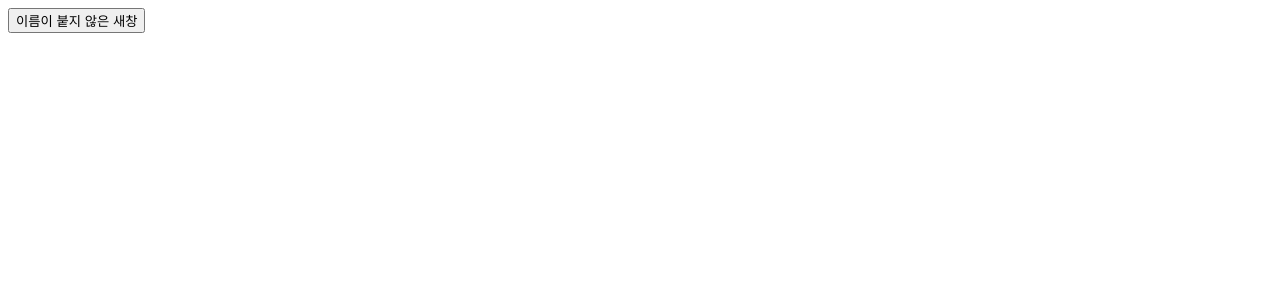
Repository: letzbegin/Study
Page: http://localhost/Javascript/BOM/Ex_04.jsp
These files come from the project's save history. The page is drawn as it stood at one moment and after the next save; the edit follows.
The browser window is 1280 px wide. The pictures show the whole page.
The page is served by Tomcat 9.

Above is the page before, as saved 2018-09-15 12:39:29.

After the next save:
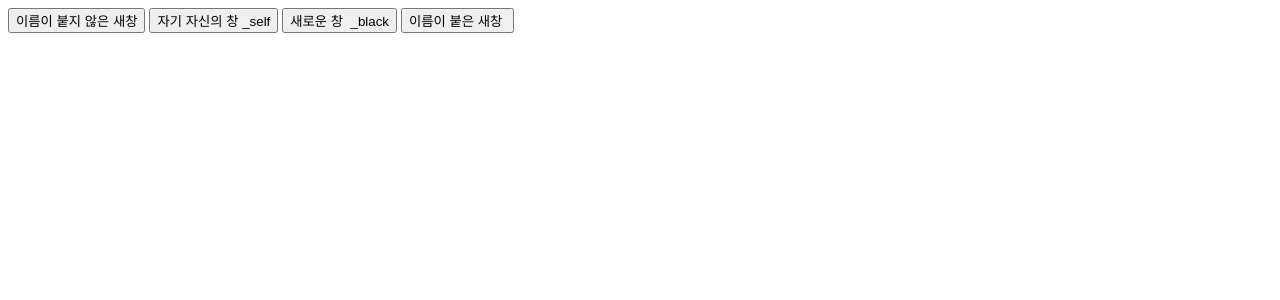
Saved 40 s later.
--- a/web_javascript/Javascript/WebContent/BOM/Ex_04.jsp
+++ b/web_javascript/Javascript/WebContent/BOM/Ex_04.jsp
@@ -8,6 +8,9 @@
 </head>
 <body>
 <input type="button" id="noname" value="이름이 붙지 않은 새창">
+<input type="button" id="noname" value="자기 자신의 창 _self">
+<input type="button" id="noname" value="새로운 창  _black">
+<input type="button" id="noname" value="이름이 붙은 새창 ">
 
 
 
